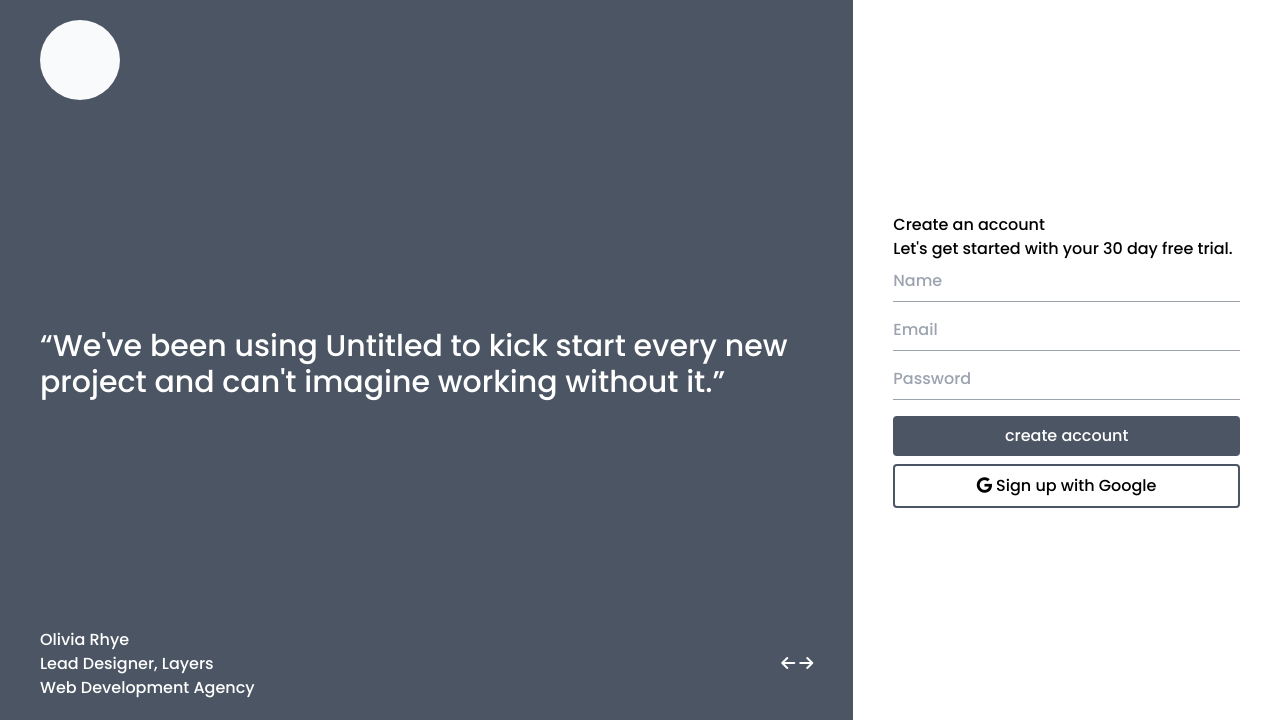
Repository: debthebuilder/youtube-html-contact-form-tailwindcss
Page: contact.html
The author's editor kept a copy of each file at every save. The page is drawn from the files as they stood at one save, then again after the next save.
The browser window is 1280 px wide. The pictures show the whole page.
Some web libraries are served in a nearby version.

Above is the page before, as saved 2022-08-03 05:54:25.

After the next save:
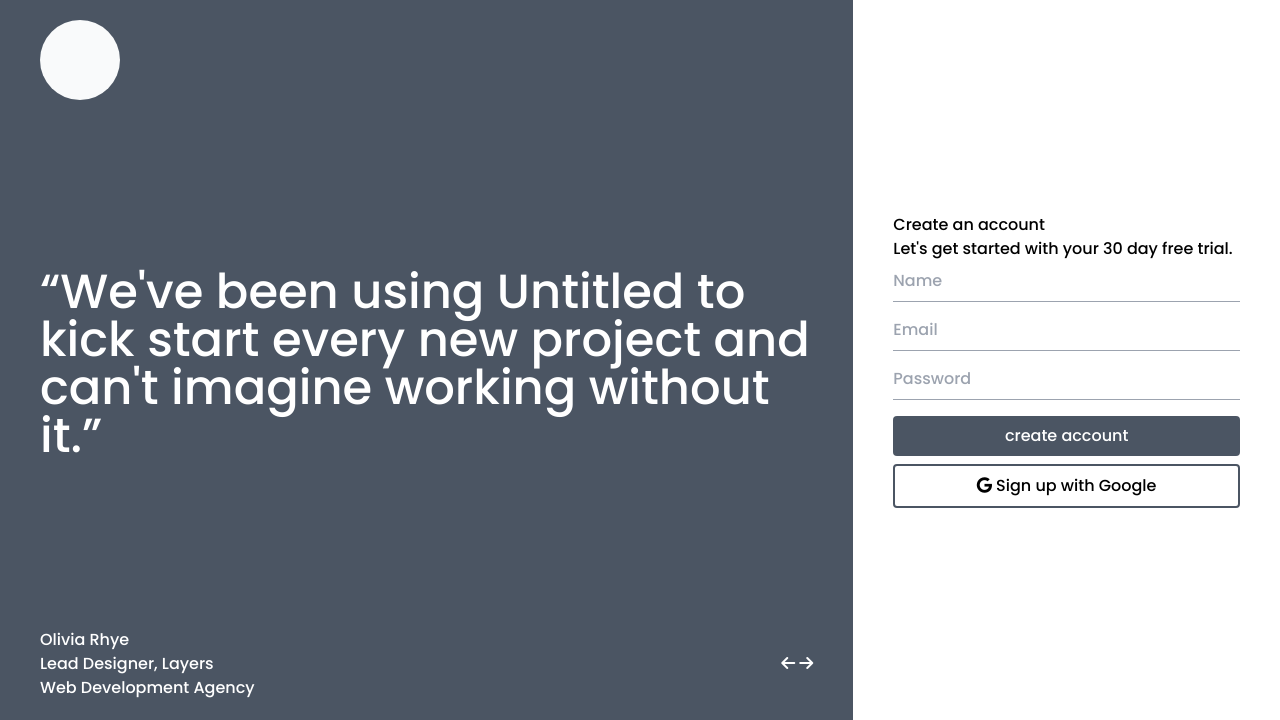
Saved 12 s later.
--- a/contact.html
+++ b/contact.html
@@ -23,7 +23,7 @@
             <a href="#" class="block">
                 <div class="w-20 h-20 bg-gray-50 rounded-full"></div>
             </a>
-            <q class="text-3xl">We've been using Untitled to kick start every new project and can't imagine working without it.</q>
+            <q class="text-5xl">We've been using Untitled to kick start every new project and can't imagine working without it.</q>
             <div class="flex flex-row items-center justify-between">
                 <div>
                     <h3>Olivia Rhye</h3>
